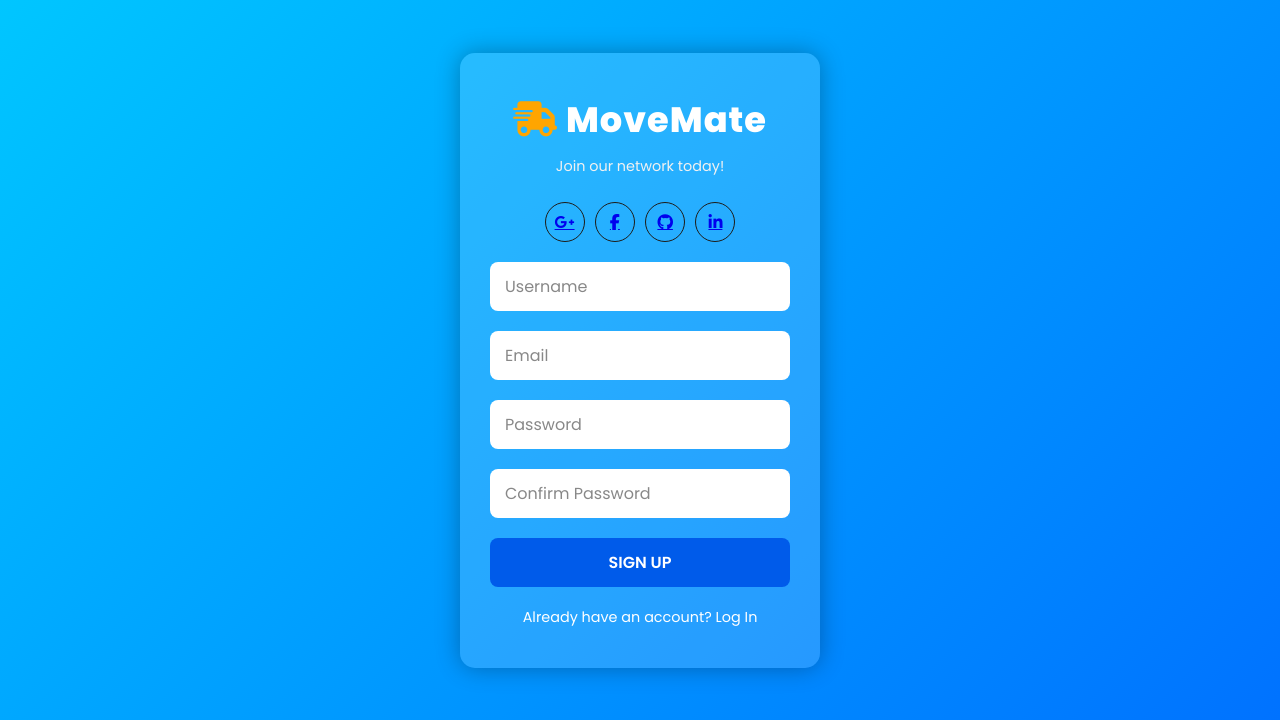
Repository: MoveMate7018/Slokdhorda7014
Page: registration.html
The author's editor kept a copy of each file at every save. The page is drawn from the files as they stood at one save, then again after the next save.
The browser window is 1280 px wide. The pictures show the whole page.

Above is the page before, as saved 2025-10-27 14:54:58.

After the next save:
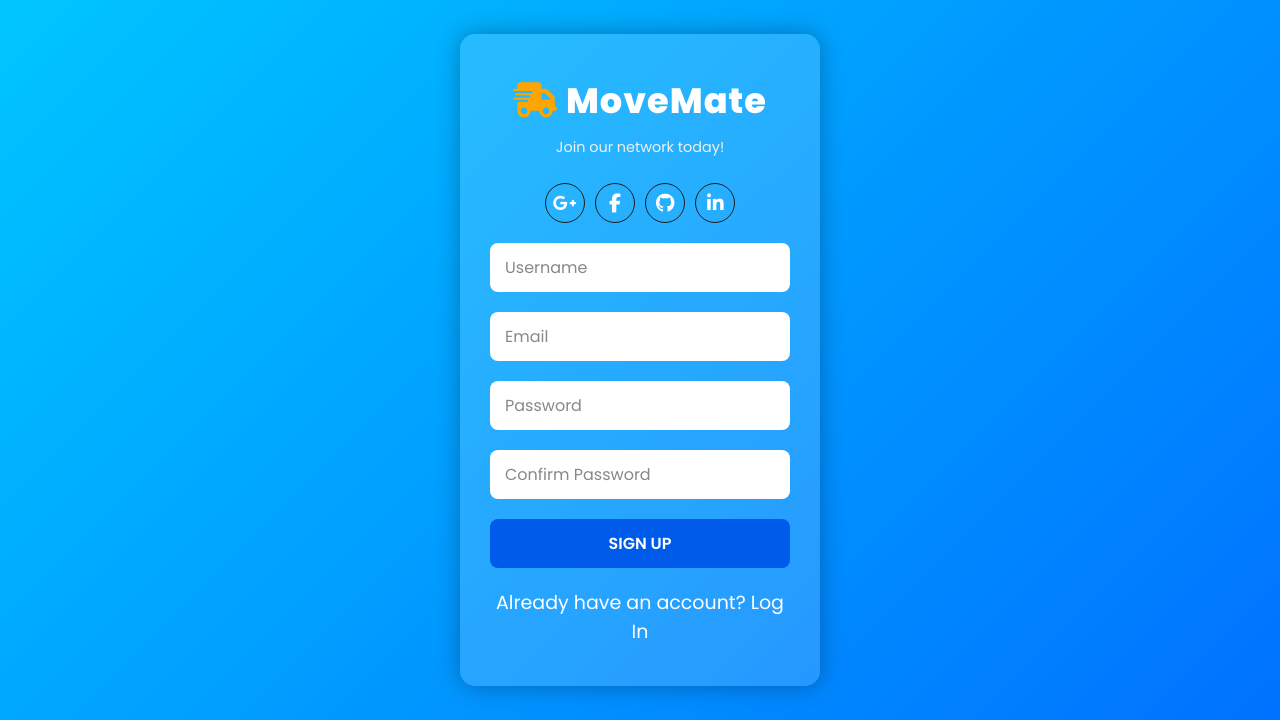
Saved 53 s later.
--- a/Assets/css/registration.css
+++ b/Assets/css/registration.css
@@ -199,18 +199,24 @@
                  transform: translateX(0);
              }
          }
-          .extra-login-options{
-         margin: 20px 0;
+
+        .container a{
+         color: rgb(255, 255, 255);
+         font-size: 19px;
          text-decoration: none;
-     }
-
-     .extra-login-options a{
-         border: 1px solid #1F1C18;
-         border-radius: 50%;
-         display: inline-flex;
-         justify-content: center;
-         align-items: center;
-         margin: 0 3px;
-         width: 40px;
-         height: 40px;
-     }
+         margin: 15px 0 10px;
+     }
+         .extra-login-options{
+           margin: 20px 0;
+     }
+
+         .extra-login-options a{
+            border: 1px solid #1F1C18;
+            border-radius: 50%;
+            display: inline-flex;
+            justify-content: center;
+            align-items: center;
+            margin: 0 3px;
+            width: 40px;
+            height: 40px;
+     }
